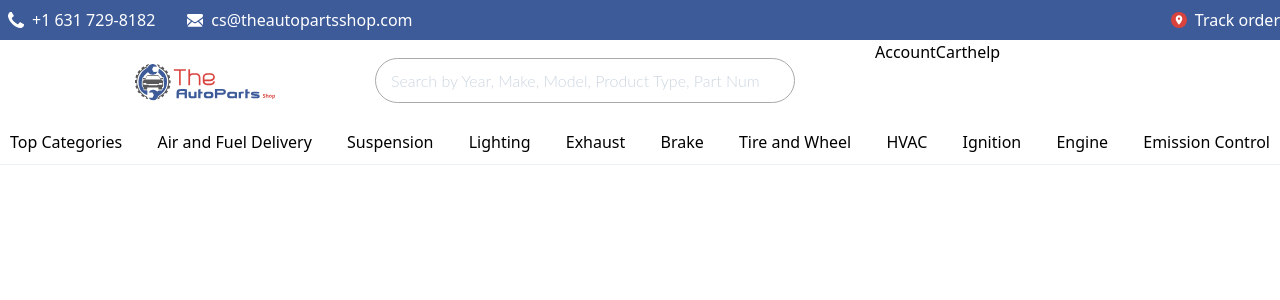
Repository: robindhimanspineor/TAPS-Next
Page: /
An editor plug-in stored every save of this project. The page is shown before and after the next save, followed by the edit.
The browser window is 1280 px wide. The pictures show the whole page.
The project was rebuilt for these pictures with package versions that can differ from the ones it lists, and the page was loaded fresh each time. The framework's server and built-in components were replaced by stand-ins that run in the browser. Also part of the build but not shown: next.config.js.

Above is the page before, as saved 2021-09-16 17:54:44.

After the next save:
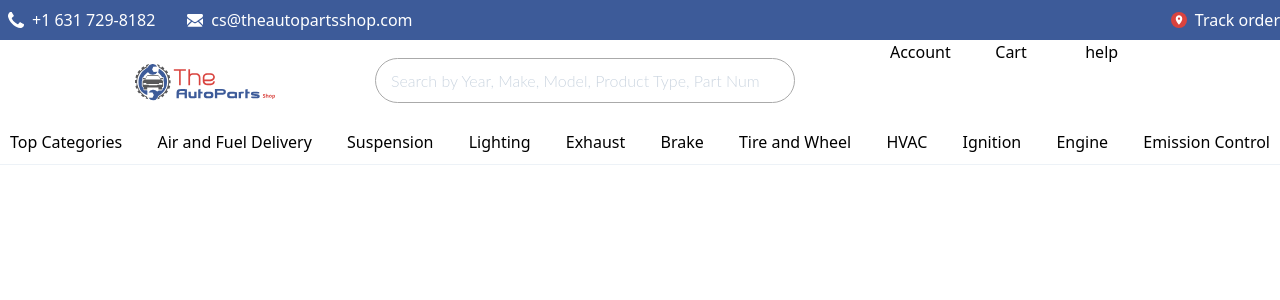
Saved 41 s later.
--- a/src/styles/main.css
+++ b/src/styles/main.css
@@ -113,3 +113,20 @@ a {
   height: 80px;
   padding: 0;
 }
+
+ul li {
+  list-style: none;
+}
+
+.cart-buttons .buttons-list>ul li:first-child {
+  border-left: 0px;
+}
+
+.cart-buttons .buttons-list>ul li {
+  flex: 1;
+  display: flex;
+  align-items: stretch;
+  justify-content: center;
+  position: relative;
+  cursor: pointer;
+}
